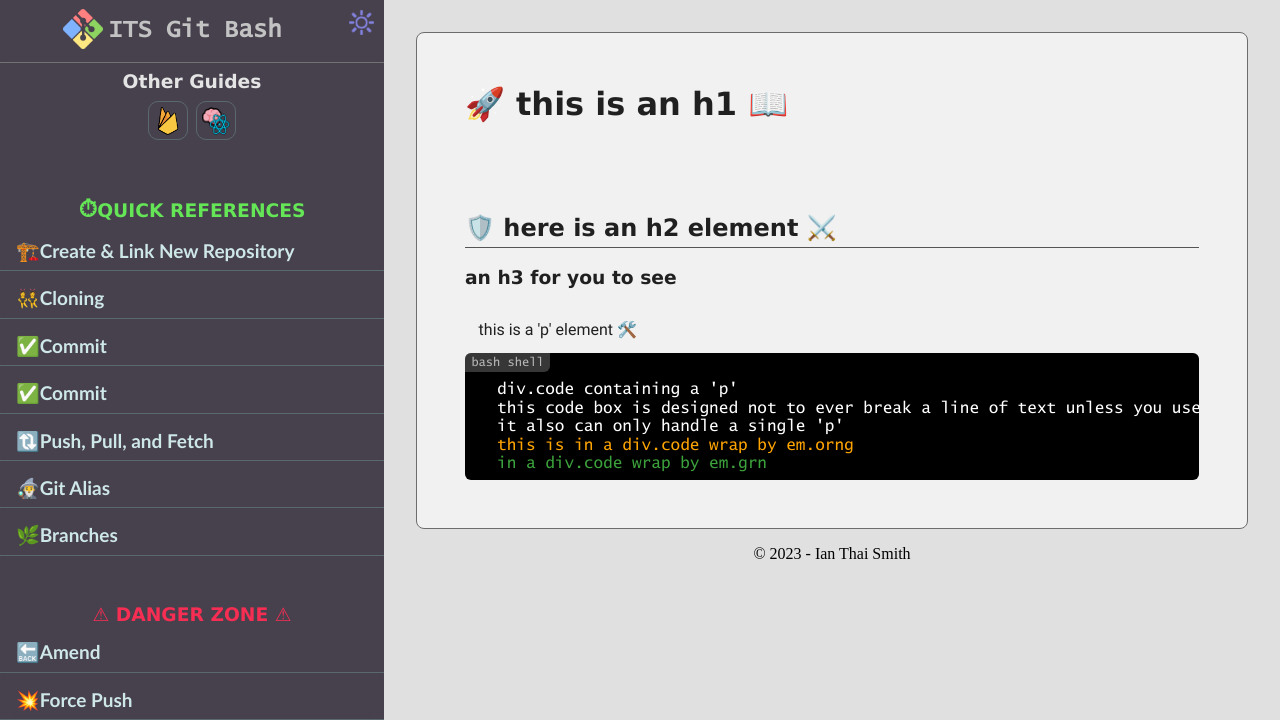
Repository: whyDoILoveThis/project__ITS_Git_Bash
Page: html/easy-amend.html
These files come from the project's save history. The page is drawn as it stood at one moment and after the next save; the edit follows.
The browser window is 1280 px wide. The pictures show the whole page.

Above is the page before, as saved 2025-07-05 12:56:26.

After the next save:
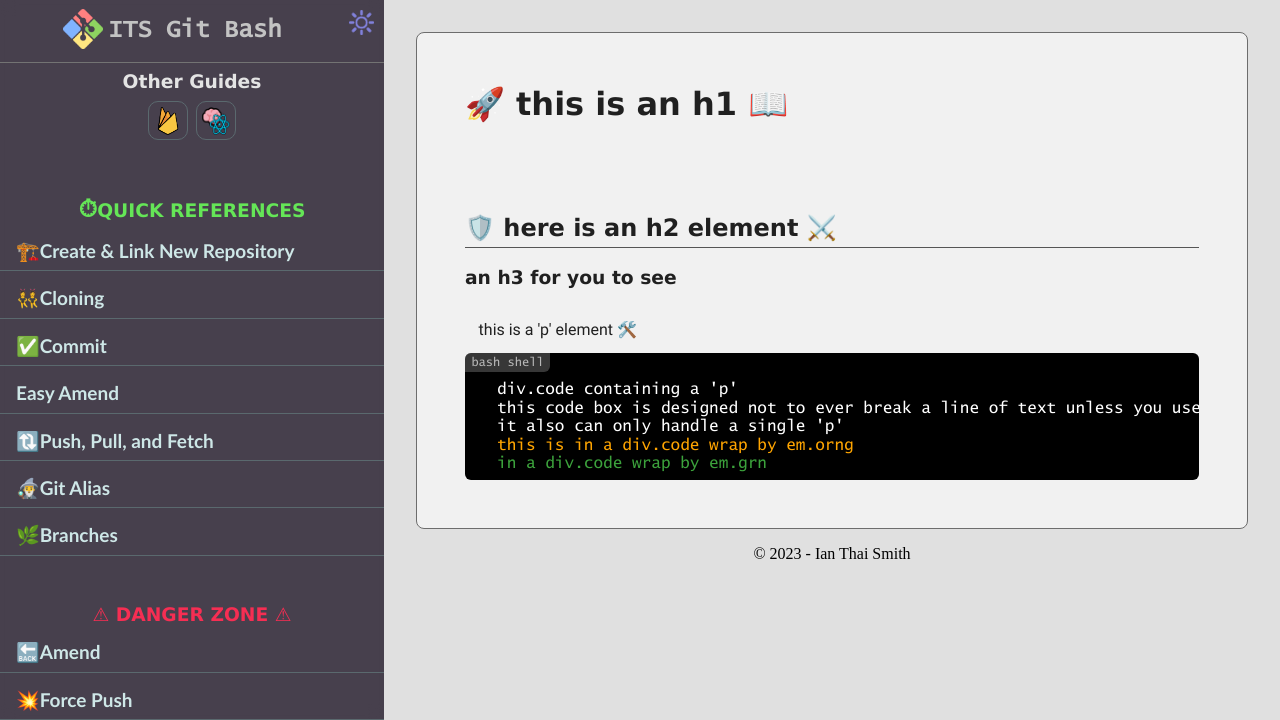
Saved 3 min 30 s later.
--- a/JS/dynamic-nav.js
+++ b/JS/dynamic-nav.js
@@ -200,8 +200,8 @@ linkList.appendChild(linkItem3);
 const linkItem3v1 = document.createElement("li");
 linkItem3v1.classList.add("link");
 const linkEasyAmend = document.createElement("a");
-linkEasyAmend.href = "/html/commit.html";
-linkEasyAmend.innerText = "✅Commit";
+linkEasyAmend.href = "/html/easy-amend.html";
+linkEasyAmend.innerText = "Easy Amend";
 linkItem3v1.appendChild(linkEasyAmend);
 linkList.appendChild(linkItem3v1);
 
